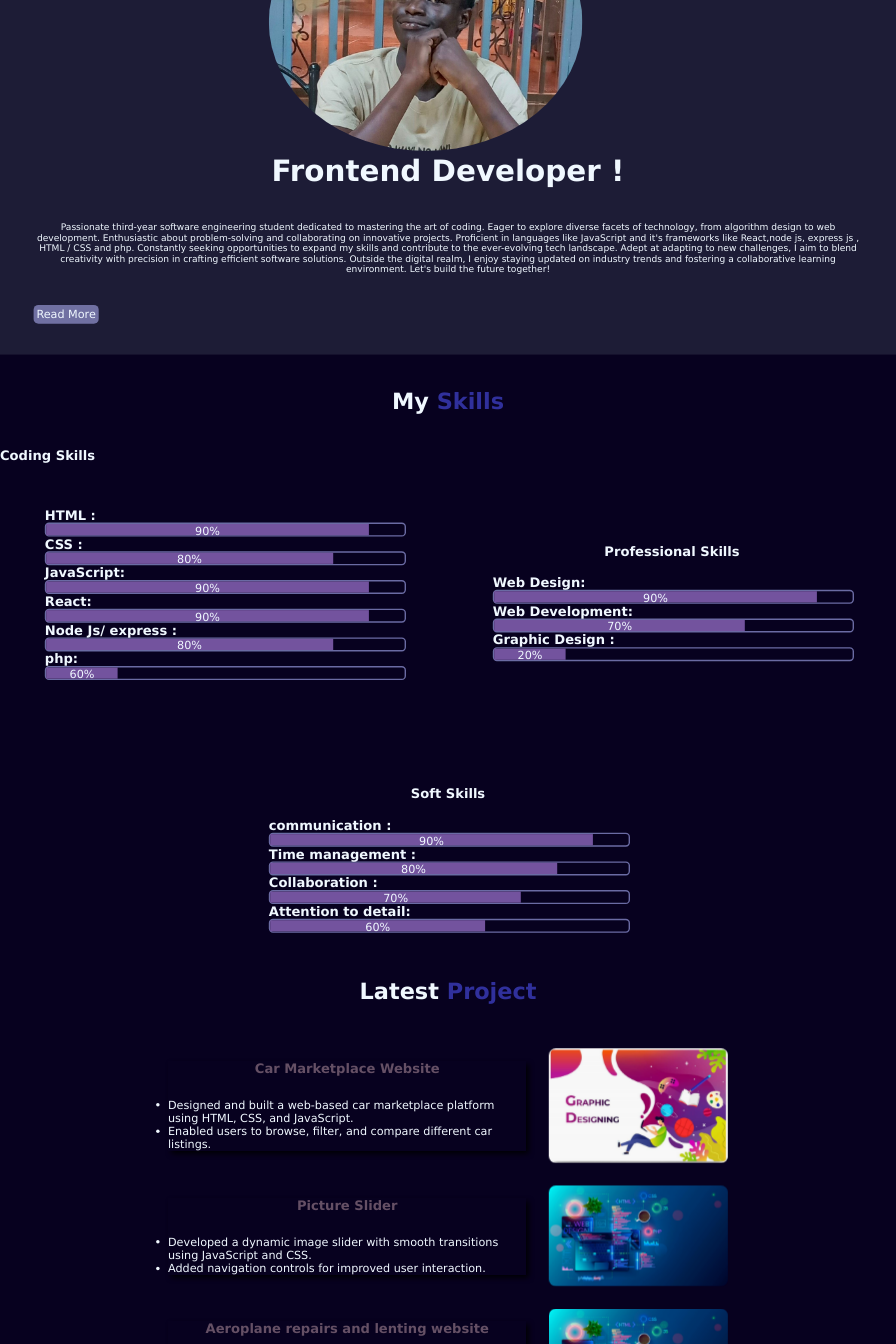
Repository: shrewd-baddest/portfolio
Page: myportfolio-main/index.html
These files come from the project's save history. The page is drawn as it stood at one moment and after the next save; the edit follows.
The browser window is 1280 px wide. The pictures show the part of the page from y = 832 to 2752 px (the page is 3394 px tall), at 70% of full size.
Some web libraries are served in a nearby version.

Above is the page before, as saved 2025-06-24 07:55:36.

### myportfolio-main/index.html
<!DOCTYPE html>
<html lang="en">

<head>
    <meta charset="UTF-8">
    <meta http-equiv="X-UA-Compatible" content="IE=edge">
    <meta name="viewport" content="width=device-width, initial-scale=1.0">


    <title>PAUL ONSONGO - Software Engineer Portfolio</title>
  <link rel="stylesheet" href="/sting.css">

    <link rel="icon" href="img/Picsart_24-01-07_04-34-43-464.jpg">

</head>

<body>
    <!-- header design -->
    <header class="header">
        <a href="#" class="logo " >PAUL</a>
        <div id="menu_icon" class='menu_icon'>
            <img src="\myportfolio-main\img\menu.webp" alt="">
        </div>
        <nav class="navbar" id='navbar'>
            <a href="# " class="active">Home</a>
            <a href="#about">About</a>
            <a href="#skills">Skills</a>
            <a href="#portfolio">My Project</a>
            <a href="#contact">Contact</a>

         </nav>
    </header>

    <!-- home design -->
    <section class="home " id="home">
        <div class="home-content">
             <h1 class="names">Hallo, I'm <span>onsongo</span></h1>
            <div class="text-animate">
                <h3>And I'm a</h3>
                <h3><samp class="multiple-text"></samp></h3>
            </div>
            <p class="multiple-text">
                Aspiring software engineer, passionate about coding and problem-solving. Committed to learning,
                adapting, and contributing to innovative tech solutions.
            </p>
        </div>
            <div class="btn-box">
                <a href="#"  >requesting for a job opportunity</a>
            </div>

        <div class="home_sci">

            <a href="https://wa.me/0798233766" class='box-whatsapp' id="social"> <img src="\myportfolio-main\img\wozapu.png" alt=""></a>
            <a href="https://github.com/shrewd-baddest" class=' box-github' id="social"> <img src="\myportfolio-main\img\git1.png" alt=""></a>
             <a href="https://www.linkedin.com/in/paul onsongo" class=' box-linkedin' id="social"><img src="\myportfolio-main\img\linkedin.png" alt=""></a>

        </div>
    </section>

    <!-- about  -->
    <section class="about" id="about">
        <h2 class="heading">About <span>Me</span></h2>
  <div>

      <img src="\myportfolio-main\img\shrewd.jpg" alt="" id="shrewd">
  </div>

        <div class="about-content">
            <h3 class="cont-head">Frontend Developer !</h3>
            <p class="cont-par">Passionate third-year software engineering student dedicated to mastering the art of coding. Eager to
                explore diverse facets of technology, from algorithm design to web development. Enthusiastic about
                problem-solving and collaborating on innovative projects. Proficient in languages like JavaScript and it's frameworks like React,node js, express js ,   HTML /
                CSS and php. Constantly seeking opportunities to expand my skills and contribute to the ever-evolving tech
                landscape. Adept at adapting to new challenges, I aim to blend creativity with precision in crafting
                efficient software solutions. Outside the digital realm, I enjoy staying updated on industry trends and
                fostering a collaborative learning environment. Let's build the future together!</p>
        </div>

            <a href="#" class="btn">Read More</a>

    </section>

    <!-- Skills -->
    <section class="skills" id="skills">
        <h2 class="heading">My <span>Skills</span></h2>

                <h3 class="title">Coding Skills</h3>
                 <div class="grp">


                    <div class="skills-column">
                        <div class="progress">
                            <h3> HTML :</h3>
                            <div class="bar "><div class="ht ">90%</div></div>
                        </div>
                        <div class="progress">
                            <h3><i class='box-css3'></i>CSS :</h3>
                            <div class="bar"><div class="css">80%</div></div>
                        </div>
                        <div class="progress">
                            <h3><i class='bx box-javascript'></i>JavaScript:</h3>
                            <div class="bar"><div class="js">90%</div></div>
                        </div>
                      <div class="progress">
                            <h3><i class='bx box-javascript'></i>React:</h3>
                            <div class="bar"><div class="js">90%</div></div>
                        </div>
                        <div class="progress">
                            <h3><i class='box-css3'></i>Node Js/ express :</h3>
                            <div class="bar"><div class="css">80%</div></div>
                        </div>

                        <div class="progress">
                              <h3><i class='bx box-php'></i>php:</h3>
                            <div class="bar"><div class="php">60%</div></div>

                </div>
            </div>
            <div class="skills-column">
                <h3 class="title">Professional Skills</h3>

                        <div class="progress">
                            <h3>Web Design:</h3>
                            <div class="bar"><div class="WG">90%</div></div>
                        </div>
                        <div class="progress">
                            <h3>Web Development:</h3>
                            <div class="bar"><div class="WD">70%</div></div>
                        </div>
                        <div class="progress">
                            <h3>Graphic Design :</h3>
                            <div class="bar"><div class="GD">20%</div></div>
                        </div>

                    </div>

            <div class="skills-column">
                <h3 class="title">Soft Skills</h3>
                <div class="skills-box">
                    <div class="skills-content">
                        <div class="progress">
                            <h3>communication :</h3>
                            <div class="bar"><div class="CO">90%</div></div>
                        </div>
                        <div class="progress">
                            <h3>Time management :</h3>
                            <div class="bar"><div class="TM">80%</div></div>
                        </div>
                        <div class="progress">
                            <h3>Collaboration :</h3>
                            <div class="bar"><div class="CB">70%</div></div>
                        </div>
                        <div class="progress">
                            <h3>Attention to detail:</h3>
                            <div class="bar"><div class="AT">60%</div></div>
                        </div>
                    </div>
                </div>
            </div>
        </div>

        </div>

    </section>

    <!-- portfolio -->
    <section class="portfolio" id="portfolio">
        <h2 class="heading">Latest <span>Project</span></h2>
        <div class="portfolio-container">
            <div class="portfolio-box">
                <div class="portfolio-layer">
                 <a href=""> <h3>Car Marketplace Website</h3> </a>
                  <ul>
                    <li>Designed and built a web-based car marketplace platform using HTML, CSS, and JavaScript.</li>
                    <li>Enabled users to browse, filter, and compare different car listings.</li>
                  </ul>



                 </div>
                <img src="img/grp.jpg" class="imag">
            </div>
            <div class="portfolio-box">
                <div class="portfolio-layer">
                   <a href=""> <h3>Picture Slider</h3></a>
                    <ul>
                        <li>Developed a dynamic image slider with smooth transitions using JavaScript and CSS.</li>
                        <li>Added navigation controls for improved user interaction.</li>
                    </ul>


                    <a href="#"><i class='bx bx-link-external'></i></a>
                </div>
                <img src="img/dhls5o34.png" class="imag">
           </div>

            <div class="portfolio-box">
                <div class="portfolio-layer">
                <a href=""><h3>Aeroplane repairs and lenting website </h3></a>
             <ul>
      <li>The site allows the client to view the spares we have in our stores,access pilots qualification and also lent a chopper</li>
      <li> also gives a client an over view of mechanic services</li>
             </ul>
                <a href="#"><i class='bx bx-link-external'></i></a>
            </div>
                <img src="img/dhls5o34.png" class="imag">

            </div>

        </div>
    </section>

    <!-- Contact -->
    <section class="contact" id="contact">
        <h2 class="heading">Contact <span>Me!</span></h2>
        <form action="#">
            <div class="input-box">
                <div class="input-field">
                    <input id="name" type="text" placeholder="Full Name" required>
                </div>
                <div class="input-field">
                    <input id="email" type="email" placeholder="Email" required>
                </div>
            </div>
            <div class="input-box">
                <div class="input-field">
                    <input id="mobile" type="number" placeholder="Mobile Number" required>
                </div>
                <div class="input-field">
                    <input id="emails" type="text" placeholder="Email Subject" required>
                </div>
            </div>
            <div class="textarea-field">
                <textarea id="massage" cols="30" rows="10" placeholder="Your Massage" required></textarea>

                <input type="submit" id="sub">
            </div>

        </form>
    </section>
    <!-- /Contact -->

    <footer class="footer">
        <div class="footer-text">
            <p>Copyright &copy; 2025 by onsongo | All Rights Reserved</p>
        </div>
        <div class="footer-iconTop">
            <a href="#"><i class='bx bx-upvote'></i></a>
        </div>
    </footer>
    <script src="https://cdnjs.cloudflare.com/ajax/libs/gsap/3.12.2/gsap.min.js"></script>
    <script src="https://cdnjs.cloudflare.com/ajax/libs/gsap/3.12.2/ScrollTrigger.min.js"></script>

    <script src="./script.js"></script>
    <script>
        const tl=gsap.timeline()
 tl.from('.names',
 {
       x:-100,
opacity:0,
duration:2,
}).from('.text-animate',{
x:-100,
opacity:0,
duration:2,
}).from('.multiple-text',{
    fontSize:'0.2',
    duration:3,
    ease:Power2.inOut,
}).from('#social',{
    y:-100,
opacity:0,
ease:'bounce',
    stagger:{
       amount:1.5,
        grid:'auto',
        axis:'y',
        from:'end',
    }
})
gsap.timeline({scrollTrigger: {
    trigger: '#shrewd',
    start: 'top 90%',
    end: 'bottom 70%',

  }}).from('#shrewd',{
    y:200,
    duration:1,
    opacity:0,


 }).from('.cont-head',{
    fontSize:'0.2',
    duration:1,
    ease:Power2.in,

}).from('.cont-par',{
    fontSize:'0.2',
    duration:3,
    ease:Power2.inOut,

})


gsap.timeline({
  scrollTrigger: {
    trigger: '.portfolio',
    start: 'top 90%',
    end: 'bottom 70%',
    toggleActions: 'play none none none'
  }
})
.from(".portfolio-layer", {
  x: -200,
  opacity: 0,
      duration:1,
  stagger: {
    amount:1.5,
    each: 1,
  }
}).from(".imag",{
     delay:0.4,
    opacity:0,
    duration:0.5,
    y:-40,
    ease:"bounce",

})


    </script>
</body>

</html>

### sting.css
*{
    margin: 0%;
    font-family: Verdana, Geneva, Tahoma, sans-serif;
    color: aliceblue;
    margin: 0;
    padding: 0;
     text-decoration: none;
    scroll-behavior: smooth;
 }
body{
    background-color: #07011f;
     position: relative;
     overflow-x: hidden;
}
.header{
    display:flex;
    flex-direction: row;
    flex-wrap: nowrap;
    position: sticky;
    top: 0%;
    background-color: black;
    z-index: 1000;
}
.logo{
    margin: 2rem;
    color: rgb(194, 154, 233);
    font-size: 1.5rem;
    font-weight: bolder;
    text-decoration: none;
}
.navbar{
    display: grid;
    grid-template-columns:   auto auto auto auto auto;
    position: absolute;
right: 9%;
margin-top : 2rem;
z-index: 999;

/* flex-wrap: nowrap; */

}
.navbar a{
    text-decoration: none;
    /* margin-left:2%; */
    margin-left:1.3rem;
}
.navbar a:active,a:hover {
    color: rgb(24, 74, 117);
}
 #menu_icon img{
  width:5%;
  /* height: 5%; */
  margin-top : 1.5rem;
  position: absolute;
  right: 10px;

}
.menu_icon{
  display: none;
}

.disappear{
  display: none;
}

.cool{

  display: flex;
  justify-content: center;
  align-items: center;
  flex-direction: column;

  background-color: rgb(31, 29, 33);
  list-style-type: none;
  color: rgb(35, 21, 65);
  /* max-height: 60%; */


}

.home_sci{
 display: flex;
 flex-direction: row;
 flex-wrap: nowrap;
 margin: 5rem;
}

.home_sci a img{
  width: 50%;
}

.home-content{
   margin-left: 3rem;
   max-width: 45%;
}
.home-content h1{
font-size: 2rem;
margin-top: 5rem;
margin-bottom: 4rem;
}
.text-animate h3{
    font-size: 1.4rem;
    color: rgb(178, 178, 215);
}
.home>.btn-box {
    border: 0px solid;
    margin: 3rem;
    background-color: rgb(112, 112, 162);
    padding:4px;

    border-radius: 7px;
    max-width: fit-content;
}
.btn-box a{
    text-decoration: none;

}

.about{
  background-color: rgb(29, 28, 54);
  margin-bottom: 3rem;
  padding-bottom: 3rem;

}
.about>.heading{
  font-size: 2rem;
  text-align: center;
}
.about>.heading >span{
  color: blueviolet;
}
.btn{
  border: 0px solid;
  margin: 3rem;
  background-color: rgb(112, 112, 162);
  padding:4px;

  border-radius: 7px;
  max-width: fit-content;
}
 #shrewd{
 margin-left: 30%;
  width: 35%;
  height: fit-content;
  border-radius: 50%;
 }

.about-content {
  text-align: center;
}
.about-content h3 {
  display: inline-block;
  font-size: 2.6rem;
}
.about-content p {
  font-size: 1rem;
  margin:  3rem;
}
.btn-box{
  color: white;
  margin: auto;

   transition-duration: 1s;
}
.btn-box:hover{
  background-color: rgb(29, 28, 54);
  border: 1px solid white;
}
.grp{
  display: flex;
  justify-content: center;
   align-items: center;
  flex-direction: row;
  flex-wrap: wrap;
}
 .bar{
  /* position: relative; */
  /* box-sizing: border-box; */
  height: 1rem;
  border: 2px rgb(106, 107, 163) solid;
  border-radius: 6px;
  width: 100%;

 }
 .skills-column{
  border: 0px blue solid;
  margin: 4rem;
  width:40%;
 }
.ht {
  /* position: absolute; */
  height: 1rem;
  width: 90%;
  text-align: center;
  background-color: rgb(115, 83, 158);
 }
.skills>.heading{
  text-align: center;
  font-size: 2rem;
  margin-bottom: 3rem;
}
.skills>.heading span{
  color: rgb(48, 48, 156);
}
.skills div>.title{
  margin: 1.5rem;
  text-align: center;
}
.css {
  /* position: absolute; */
  height: 1rem;
  width: 80%;
  text-align: center;
  background-color: rgb(115, 83, 158);
 }
 .js{
  /* position: absolute; */
  height: 1rem;
  width: 90%;
  background-color: rgb(115, 83, 158);
  text-align: center;
 }
 .py{
  /* position: absolute; */
  height: 1rem;
  width: 20%;
  background-color: rgb(115, 83, 158);
  text-align: center;
 }
 .WG{
    height: 1rem;
  width: 90%;
  background-color: rgb(115, 83, 158);
  text-align: center;
 }
 .WD{
    height: 1rem;
  width: 70%;
  background-color: rgb(115, 83, 158);
  text-align: center;
 }
 .GD{
    height: 1rem;
  width: 20%;
  background-color: rgb(115, 83, 158);
  text-align: center;
 }
.php{
    height: 1rem;
  width: 20%;
  background-color: rgb(115, 83, 158);
  text-align: center;
}
 .CO{
  height: 1rem;
width: 90%;
background-color: rgb(115, 83, 158);
text-align: center;
}
.TM{
  height: 1rem;
width: 80%;
background-color: rgb(115, 83, 158);
text-align: center;
}
.CB{
  height: 1rem;
width: 70%;
background-color: rgb(115, 83, 158);
text-align: center;
}
.AT{
  height: 1rem;
width: 60%;
background-color: rgb(115, 83, 158);
text-align: center;
}
.portfolio-box{
  display: flex;
  justify-content: center;
  align-items: center;

}
.portfolio-layer{
 max-width: 40%;
  box-shadow: 4px 4px 8px black;
  margin: 1rem;
}
.portfolio-layer h3{
    text-align: center;
    margin-bottom: 2rem;
    color: rgb(101, 80, 101);
  }
  .portfolio-layer a{
    text-decoration: none;
  }

.portfolio-box img{
   width: 20%;
   height: 20%;
  margin: 1rem;
  border-radius: 10px;
}
.portfolio>.heading{
  text-align: center;
  font-size: 2rem;
  margin-bottom: 3rem;
}
.portfolio>.heading span{
  color: rgb(48, 48, 156);
}
/* form{
  display: flex;
  justify-content: center;
  align-items: center;
  flex-direction: row;
  flex-wrap: wrap;
} */
.input-box{
  display: flex;
  justify-content: center;
  align-items: center;

  flex-wrap: wrap;
}

.input-field{
  margin: 4rem;
  margin-bottom: 1rem;
  margin-top: 1rem;

}
.input-field>input{
  width: 150%;
  height: 2rem;
  padding: 3px;
  border-radius: 7px;
  color:black;

}

.contact>.heading{
  text-align: center;
  font-size: 2rem;
  margin-bottom: 3rem;
}
.contact>.heading span{
  color: rgb(48, 48, 156);
}
.textarea-field{
 /* position: absolute; */
display: flex;
justify-content: center;
align-items: center;
flex-direction: column;
  color:black;

  /* background-color: rgb(54, 29, 111); */
}
input[type='submit']{
  color: red;
  padding: 3px;

}
#massage{
  padding: 3px;
  margin:2rem ;
  border-radius: 7px;
}
#sub{
  margin: 1rem;
  border-radius: 7px;

}
#sub:hover{
  cursor: pointer;

}

### myportfolio-main/script.js


const menuicon = document.getElementById("menu_icon");
const navbar = document.getElementById("navbar");
  let parentelem=navbar.closest('.header')


   let isElementCreated = false;
     window.addEventListener("resize",()=>{

         const screenWidth = window.screen.width; // Total screen width
         const currentWidth = window.innerWidth;
 if(currentWidth<=screenWidth * 0.4 && !isElementCreated) {
         menuicon.classList.remove("menu_icon");
         navbar.style.display= "none";
        menuicon.addEventListener('click',()=>{

 if( navbar.style.display==="none"){
    navbar.style.display= "grid";
    parentelem.classList.remove('header')
    navbar.classList.replace('navbar','cool');

 }
 else{
        navbar.style.display= "none";
 }

})
 isElementCreated =true;
 }
         else if(currentWidth > screenWidth * 0.4 && isElementCreated){
             // results.textContent="screenWidth";
                    //  const element=document.getElementById("dope");

                    navbar.style.display= "grid";
                    menuicon.classList.add("menu_icon");


if(navbar .classList.contains("cool")){
       parentelem.classList.add('header')
 navbar.classList.replace("cool","navbar");
}




isElementCreated = false;

         }})

After the next save:
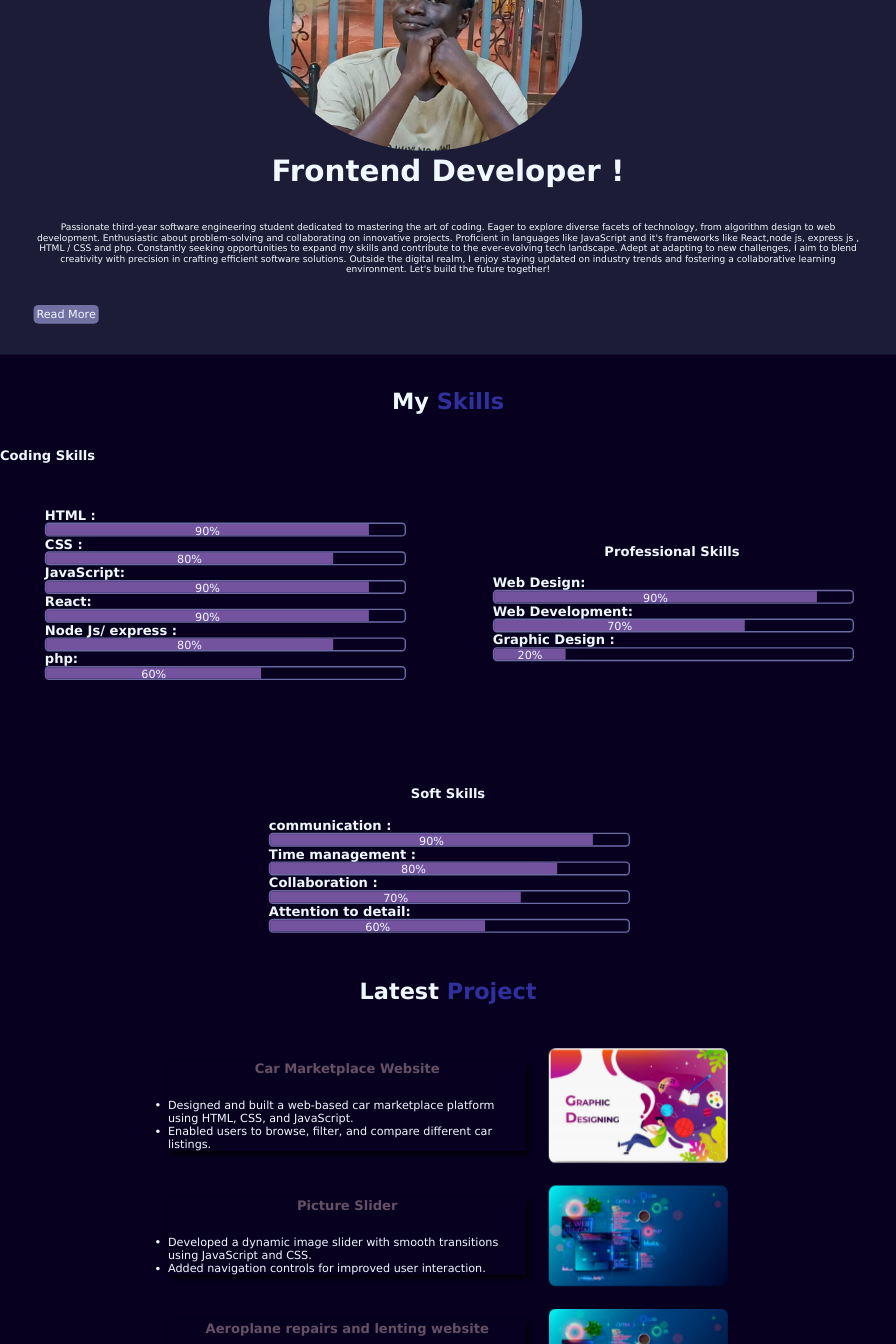
Saved 5 s later.
--- a/sting.css
+++ b/sting.css
@@ -247,7 +247,7 @@ margin-bottom: 4rem;
  }
 .php{
     height: 1rem;
-  width: 20%;
+  width: 60%;
   background-color: rgb(115, 83, 158);
   text-align: center;
 }
